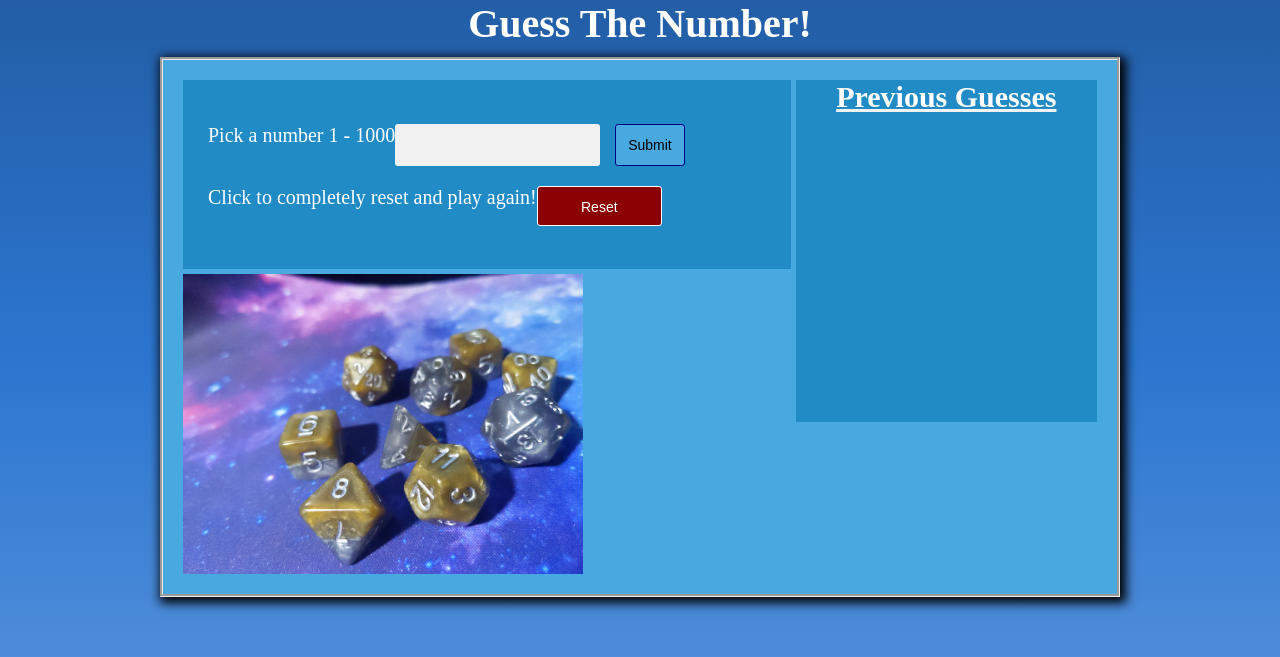
Repository: mlmEFSC21/P15-Modified-Guessing-Game
Page: guess.html
An editor plug-in stored every save of this project. The page is shown before and after the next save, followed by the edit.
The browser window is 1280 px wide. The pictures show the whole page.

Above is the page before, as saved 2022-03-23 18:29:32.

### guess.html
<!DOCTYPE html>
<html lang="en">
    <head>
        <meta charset="UTF-8" />
        <meta http-equiv="X-UA-Compatible" content="IE=edge" />
        <meta name="viewport" content="width=device-width, initial-scale=1.0" />
        <link rel="stylesheet" href="guess.css" />
        <script src="guess.js" defer></script>
        <title>Guessing Game</title>
    </head>
    <body>
        <header>
            <h1 class="pageTitle">Guess The Number!</h1>
        </header>
        <section>
            <div class="gameContainer" id="container">
                <div class="results" id="results">
                    <form action="" class="inputForm">
                        <label for="guessInput">Pick a number 1 - 1000</label>
                        <input
                            type="text"
                            required
                            name="guessInput"
                            class="guessInput"
                            id="guessInput"
                        />
                        <input type="button" class="submitBtn" id="submitBtn" value="Submit" />
                        <label for="resetBtn">Click to completely reset and play again!</label>
                        <button type="reset" class="resetBtn" id="resetBtn" name="Reset">
                            Reset
                        </button>
                    </form>
                </div>
                <img
                    src="images\goldSilverDice.png"
                    alt="Gold and silver colored dice. From 4 sides up to 20 sides"
                />
                <div class="guessesContainer" id="guessesContainer">
                    <h2>Previous Guesses</h2>
                    <ul class="guesses" id="guessList"></ul>
                </div>
            </div>
        </section>
    </body>
</html>

### guess.css
:root {
    --clr-primary: #218bc6;
    --clr-secondary: #48a9e0;
    --clr-tertiary: #235ea6;
}

*,
*::after,
*::before {
    box-sizing: border-box;
    margin: 0;
    padding: 0;
}
body {
    background-image: linear-gradient(var(--clr-tertiary), #2c76d0, #5491db);
    height: 100vh;
    background-position: center;
    background-repeat: no-repeat;
    background-size: cover;
    color: white;
    font-size: 20px;
}
.pageTitle {
    text-align: center;
}
.gameContainer {
    background-color: var(--clr-secondary);
    display: grid;
    max-width: 960px;
    height: 75vh;
    margin: 10px auto;
    padding: 20px;
    grid-template-columns: repeat(3, 1fr);
    grid-template-rows: repeat(4, 1fr);
    gap: 5px;
    align-items: center;
    justify-content: center;
    border: groove;
    box-shadow: 3px 3px 10px 3px black;
}
.results {
    background-color: var(--clr-primary);
    display: flex;
    flex-direction: column-reverse;
    margin: 10px auto;
    padding: 0 25px;
    grid-column: 1 / 3;
    grid-row: 1 / 3;
    height: 100%;
    justify-content: center;
    align-items: center;
    text-align: center;
    overflow: hidden;
}
input,
button {
    margin: 10px 0;
}
.inputForm {
    display: flex;
    flex-wrap: wrap;
}
label {
    margin-right: 15px;
    margin: 10px 0;
}
input {
    border: none;
    -webkit-appearance: none;
    -ms-appearance: none;
    -moz-appearance: none;
    appearance: none;
    background: #f2f2f2;
    padding: 12px;
    border-radius: 3px;
    outline: none;
    font-size: 14px;
}
img {
    width: 400px;
    height: 300px;
    grid-column: 1 / 3;
    grid-row: 3 / 5;
}
button {
    border: solid 1px white;
    margin-bottom: 10px;
    padding: 12px;
    border-radius: 3px;
    width: 125px;
    height: 40px;
    outline: none;
    font-size: 14px;
}
h2 {
    text-decoration: underline;
    text-decoration-color: #f3f3f3;
}
.submitBtn {
    background: var(--clr-secondary);
    border: solid 0.5px navy;
    margin-left: 15px;
}
.submitBtn:hover {
    background: #44b3db;
}
.resetBtn {
    background: darkred;
    color: white;
}
.resetBtn:hover {
    background: red;
}
.guessesContainer {
    background-color: var(--clr-primary);
    display: flex;
    flex-direction: column;
    flex-grow: 2;
    height: 100%;
    grid-row: 1 / 4;
    align-items: center;
    overflow: hidden;
}
/* the h3 that is appended by the js. It was hugging the container too much. */
h3 {
    margin: 10px;
    text-align: center;
}
.hint {
    font-style: italic;
    text-decoration: underline;
}

### guess.js
let randomNumber = Math.floor(Math.random() * 1000 + 1);
let guesses = [];

const guessInput = document.getElementById("guessInput");
const resultsDiv = document.getElementById("results");
const submitButton = document.getElementById("submitBtn");
const resetButton = document.getElementById("resetBtn");
const p = document.createElement("p");
const ul = document.getElementById("guessList");
const li = document.createElement("li");
const guessesContainer = document.getElementById("guessesContainer");
const winningMessage = document.createElement("h3");
const hint = document.createElement("h3");

//checks to see if the guess is higher, lower, or equal to
function checkGuess() {
    const currentGuess = Number(guessInput.value);
    if (currentGuess == randomNumber) {
        guesses.push(currentGuess);
        p.innerText = "Congratulations! You guessed the number!";
        resultsDiv.append(p);
        countGuesses();
    }
    if (currentGuess < randomNumber) {
        guesses.push(currentGuess);
        p.innerText = "Too low. Try again!";
        resultsDiv.append(p);
        trackGuesses();
    }
    if (currentGuess > randomNumber) {
        guesses.push(currentGuess);
        p.innerText = "Too high. Try again!";
        resultsDiv.append(p);
        trackGuesses();
    }
}
//tracks previous guess in a <ul>. Removes <li> and populates from guesses[] each time.
function trackGuesses() {
    while (ul.hasChildNodes()) {
        ul.removeChild(ul.firstChild);
    }
    for (i = 0; i <= guesses.length - 1; i++) {
        let li = document.createElement("li");
        li.innerText = guesses[i];
        ul.appendChild(li);
    }
}

//counts how many guesses. Uses array length.
function countGuesses() {
    let numOfGuesses = guesses.length;
    if (numOfGuesses < 10) {
        winningMessage.innerText = `${numOfGuesses} guesses?! Either you know the secret or you got lucky!`;
        guessesContainer.append(winningMessage);
    } else if (numOfGuesses == 10) {
        winningMessage.innerText = `${numOfGuesses} guesses. Ahah! You know the secret!`;
        guessesContainer.append(winningMessage);
    } else if (numOfGuesses > 10) {
        winningMessage.innerText = `Yikes! ${numOfGuesses} guesses... You should be able to do better!`;
        hint.innerHTML = '*Hint* Knowing the trick is <span class="hint">half</span> the battle.';
        guessesContainer.append(winningMessage);
        guessesContainer.append(hint);
    }
}
// creates a new random number for replay
function newRNG() {
    randomNumber = Math.floor(Math.random() * 10 + 1);
}
//resets the game completely.
function resetGame() {
    p.innerText = "";
    resultsDiv.append(p);
    while (ul.hasChildNodes()) {
        ul.removeChild(ul.firstChild);
    }
    winningMessage.remove();
    guesses = [];
    newRNG();
    //logging random number for debugging.
    console.log(randomNumber);
}

submitButton.addEventListener("click", checkGuess);
resetButton.addEventListener("click", resetGame);
//logging random number for debugging.
console.log(randomNumber);

After the next save:
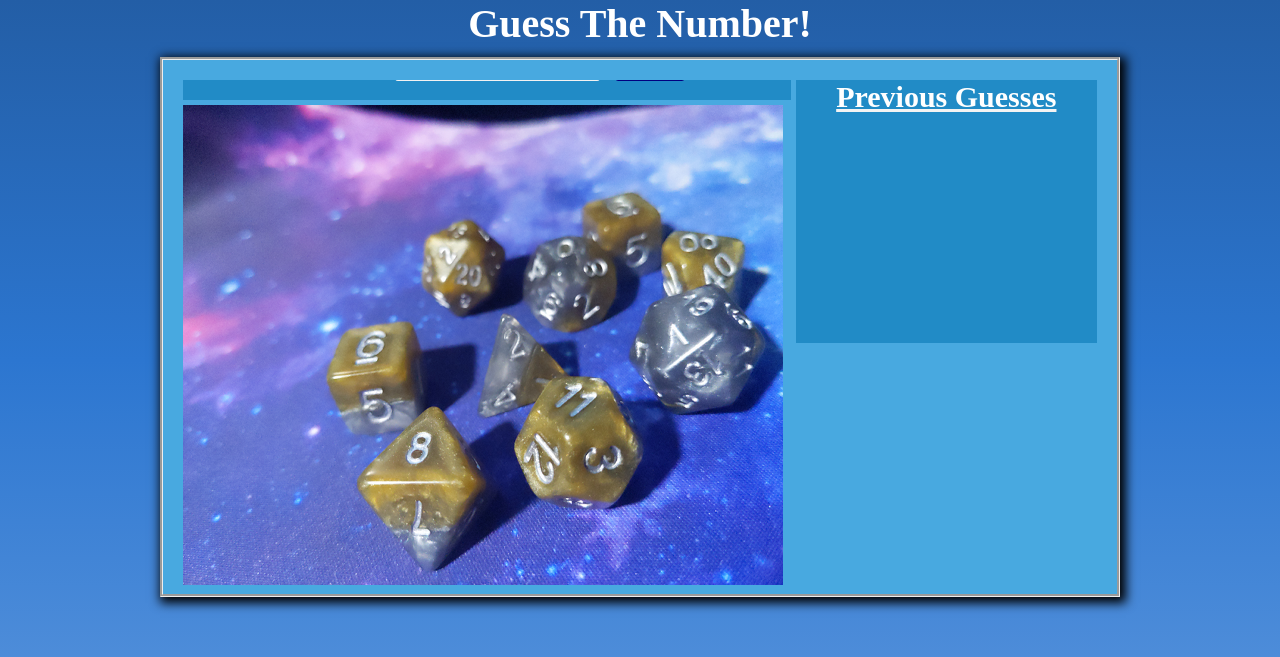
Saved 47 s later.
--- a/guess.css
+++ b/guess.css
@@ -77,8 +77,8 @@ input {
     font-size: 14px;
 }
 img {
-    width: 400px;
-    height: 300px;
+    width: 600px;
+    height: 480px;
     grid-column: 1 / 3;
     grid-row: 3 / 5;
 }
